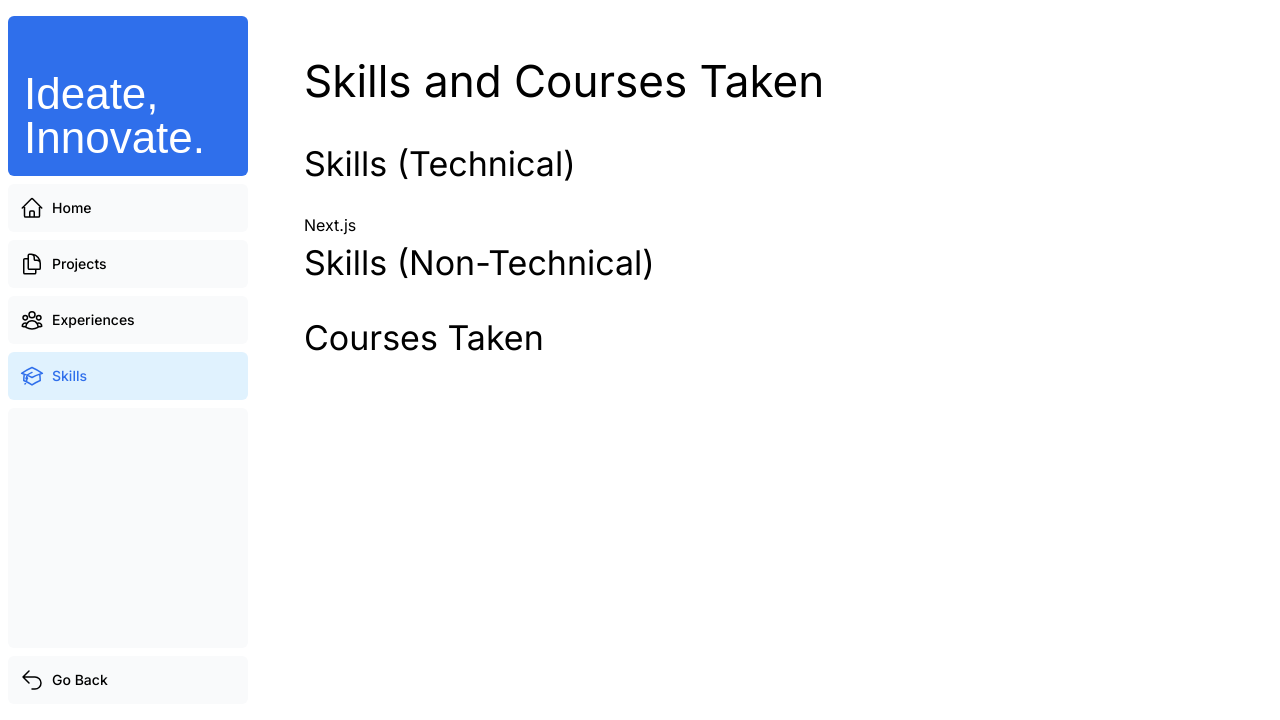
Repository: ThatGirlJam/jaime-portfolio
Page: /dashboard/skills
The author's editor kept a copy of each file at every save. The page is drawn from the files as they stood at one save, then again after the next save.
The browser window is 1280 px wide. The pictures show the whole page.
Some web fonts or font styles are not loaded; a fallback is used. The project was rebuilt for these pictures with package versions that can differ from the ones it lists, and the page was loaded fresh each time. The framework's server and built-in components were replaced by stand-ins that run in the browser. Also part of the build but not shown: next.config.js.

Above is the page before, as saved 2024-04-09 23:22:19.

### app/dashboard/skills/page.tsx
export default function Page() {
  return (
    <div>
      <p className="text-[44px]"> Skills and Courses Taken </p>
      <br/>
      <p className="text-[34px]"> Skills (Technical) </p>
      <br/>

      <ol>
        <li>Next.js</li>
      </ol>

      <p className="text-[34px]"> Skills (Non-Technical) </p>
      <br/>
      <p className="text-[34px]"> Courses Taken </p>
      <br/>
    </div>
  );
}

### app/ui/fonts.ts
import { Inter } from 'next/font/google';
import { Lusitana } from 'next/font/google';

export const inter = Inter({ subsets: ['latin'] });

export const lusitana = Lusitana({
  weight: ['400', '700'],
  subsets: ['latin'],
});

### app/ui/dashboard/sidenav.tsx
import Link from 'next/link';
import NavLinks from '@/app/ui/dashboard/nav-links';
import BannerLogo from '@/app/ui/banner-logo';
import { ArrowUturnLeftIcon } from '@heroicons/react/24/outline';

export default function SideNav() {
  return (
    <div className="flex h-full flex-col px-3 py-4 md:px-2">
      <Link
        className="h-25 mb-2 flex items-end justify-start rounded-md bg-blue-600 p-4 md:h-40"
        href="/"
      >
        <div className="w-32 text-white md:w-40">
          <BannerLogo />
        </div>
      </Link>
      <div className="flex grow flex-row justify-between space-x-2 md:flex-col md:space-x-0 md:space-y-2">
        <NavLinks />
        <div className="hidden h-auto w-full grow rounded-md bg-gray-50 md:block"></div>
        <Link href="/">
          <button className="flex h-[48px] w-full grow items-center justify-center gap-2 rounded-md bg-gray-50 p-3 text-sm font-medium hover:bg-sky-100 hover:text-blue-600 md:flex-none md:justify-start md:p-2 md:px-3">
            <ArrowUturnLeftIcon className="w-6" />
            <div className="hidden md:block">Go Back</div>
          </button>
        </Link>
      </div>
    </div>
  );
}

### app/ui/dashboard/nav-links.tsx
'use client';

import {
  UserGroupIcon,
  HomeIcon,
  DocumentDuplicateIcon,
  AcademicCapIcon,
} from '@heroicons/react/24/outline';
import Link from 'next/link';
import { usePathname } from 'next/navigation';
import clsx from 'clsx';

// Map of links to display in the side navigation.
// Depending on the size of the application, this would be stored in a database.
const links = [
  { name: 'Home', href: '/dashboard', icon: HomeIcon },
  {
    name: 'Projects',
    href: '/dashboard/projects',
    icon: DocumentDuplicateIcon,
  },
  { name: 'Experiences', href: '/dashboard/experiences', icon: UserGroupIcon },
  { name: 'Skills', href: '/dashboard/skills', icon: AcademicCapIcon },
];

export default function NavLinks() {
  const pathname = usePathname();

  return (
    <>
      {links.map((link) => {
        const LinkIcon = link.icon;
        return (
          <Link
            key={link.name}
            href={link.href}
            //When the link.href aka link of the nav option matches the curr path name, turn blue to show user is on that page
            className={clsx(
              'flex h-[48px] grow items-center justify-center gap-2 rounded-md bg-gray-50 p-3 text-sm font-medium hover:bg-sky-100 hover:text-blue-600 md:flex-none md:justify-start md:p-2 md:px-3',
              {
                'bg-sky-100 text-blue-600': pathname === link.href,
              },
            )}
          >
            <LinkIcon className="w-6" />
            <p className="hidden md:block">{link.name}</p>
          </Link>
        );
      })}
    </>
  );
}

### app/ui/banner-logo.tsx
import { lusitana } from '@/app/ui/fonts';

export default function BannerLogo() {
  return (
    <div
      className={`${lusitana.className} flex flex-row items-center leading-none text-white`}
    >
      <p className="text-[44px]">Ideate, Innovate.</p>
    </div>
  );
}

Loaded but not shown: app/layout.tsx (common file); app/dashboard/layout.tsx (common file); app/ui/global.css (common file); tailwind.config.ts (common file)

After the next save:
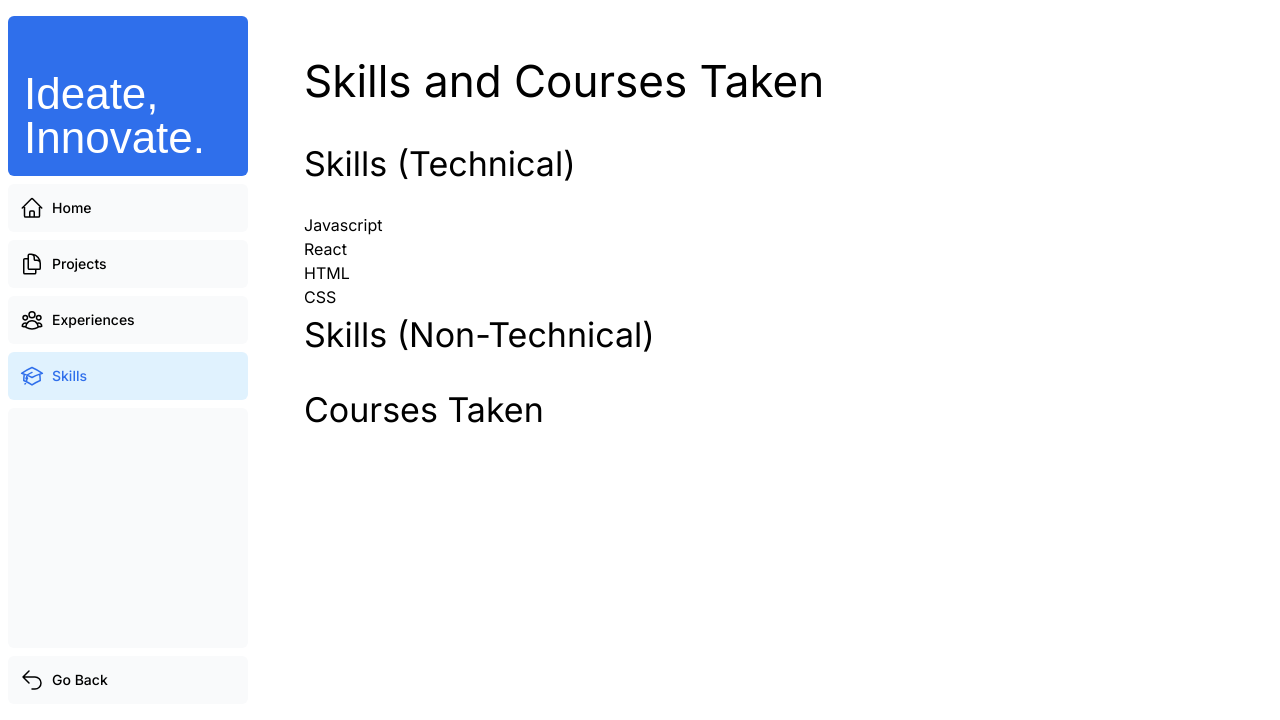
Saved 2 min 26 s later.
--- a/app/dashboard/skills/page.tsx
+++ b/app/dashboard/skills/page.tsx
@@ -1,4 +1,11 @@
 export default function Page() {
+    const technicalSkills = [
+        "Javascript",
+        "React",
+        "HTML",
+        "CSS",
+    ];
+
   return (
     <div>
       <p className="text-[44px]"> Skills and Courses Taken </p>
@@ -6,9 +13,12 @@ export default function Page() {
       <p className="text-[34px]"> Skills (Technical) </p>
       <br/>
 
-      <ol>
-        <li>Next.js</li>
-      </ol>
+      <ul>
+        {/* Map over the technical skills array */}
+        {technicalSkills.map((skill, index) => (
+          <li key={index}>{skill}</li>
+        ))}
+      </ul>
 
       <p className="text-[34px]"> Skills (Non-Technical) </p>
       <br/>
